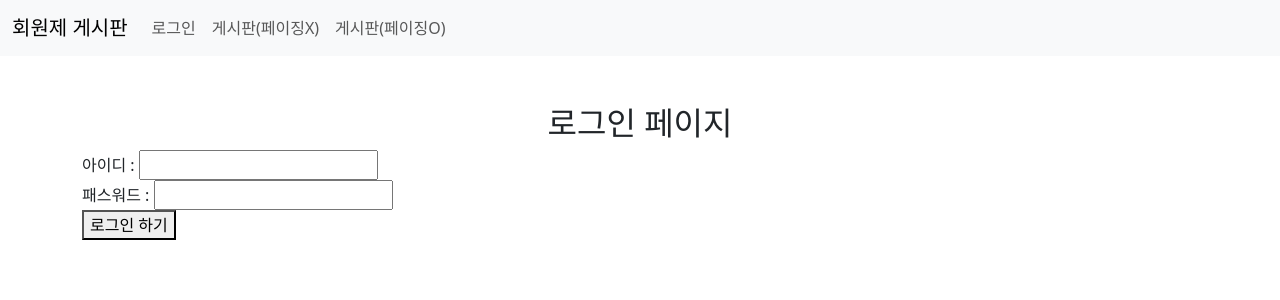
Repository: jungwoonAn/jsp_basic
Page: http://localhost/MustHaveJSP/BS_Board/BSLoginForm.jsp
An editor plug-in stored every save of this project. The page is shown before and after the next save, followed by the edit.
The browser window is 1280 px wide. The pictures show the whole page.
The page is served by Tomcat 10. Other server files are loaded and not shown.

Above is the page before, as saved 2024-10-23 00:40:06.

### MustHaveJSP/src/main/webapp/BS_Board/BSLoginForm.jsp
<%@ page language="java" contentType="text/html; charset=UTF-8"
    pageEncoding="UTF-8"%>
<!DOCTYPE html>
<html>
<head>
<meta charset="UTF-8">
<title>Session</title>
<link rel="stylesheet" href="https://cdn.jsdelivr.net/npm/bootstrap@5.3.3/dist/css/bootstrap.min.css">
<script type="text/javascript">
	function validateForm(form){
		if(!form.user_id.value){
			alert("아이디를 입력하세요.");
			return false;
		}
		if(form.user_pass.value==""){
			alert("패스워드를 입력하세요");
			return false;
		}
	}
</script>
</head>
<body>
	<jsp:include page="../Common/BSLink.jsp" />

	<div class="container">
		<h2 class="mt-5 text-center">로그인 페이지</h2>
		<span style="color: red; font-size: 1.2em;">
			<%= request.getAttribute("LoginErrMsg")  == null ?
					"" : request.getAttribute("LoginErrMsg") %>
		</span>
		<%
		if(session.getAttribute("UserId") == null){  // 로그인 상태 확인
			// 로그아웃 상태
		%>
		<form action="LoginProcess.jsp" method="post" name="loginFrm" onsubmit="return validateForm(this);">
			아이디 : <input type="text" name="user_id"><br>
			패스워드 : <input type="password" name="user_pass"><br>
			<button type="submit">로그인 하기</button>
		</form>
		<%
		} else { // 로그인된 상태
		%>
			<%= session.getAttribute("UserName") %> 회원님, 로그인하셨습니다. <br>
			<a href="Logout.jsp">[로그아웃]</a>
		<%
		}
		%>
	</div>

	<script src="https://cdn.jsdelivr.net/npm/@popperjs/core@2.11.8/dist/umd/popper.min.js"></script>
	<script src="https://cdn.jsdelivr.net/npm/bootstrap@5.3.3/dist/js/bootstrap.min.js"></script>
</body>
</html>

### MustHaveJSP/src/main/webapp/Common/BSLink.jsp
<%@ page language="java" contentType="text/html; charset=UTF-8"
    pageEncoding="UTF-8"%>
<nav class="navbar navbar-expand-lg bg-body-tertiary">
  <div class="container-fluid">
    <a class="navbar-brand" href="List.jsp">회원제 게시판</a>
    <button class="navbar-toggler" type="button" data-bs-toggle="collapse" data-bs-target="#navbarNav" aria-controls="navbarNav" aria-expanded="false" aria-label="Toggle navigation">
      <span class="navbar-toggler-icon"></span>
    </button>
    <div class="collapse navbar-collapse" id="navbarNav">
      <ul class="navbar-nav">
        <!-- 로그인 여부에 따른 메뉴 변화 -->
		<% if(session.getAttribute("UserId")==null) {
		%>
			<li class="nav-item">
	          <a class="nav-link" href="../Common/LoginForm.jsp">로그인</a>
	        </li>
		<%
		}else {
		%>
			<li class="nav-item">
	          <a class="nav-link" href="../Common/Logout.jsp">로그아웃</a>
	        </li>
		<%
		}
		%>
        <li class="nav-item">
          <a class="nav-link" href="../BS_Board/List.jsp">게시판(페이징X)</a>
        </li>
        <li class="nav-item">
          <a class="nav-link" href="../09_PagingBoard/List.jsp">게시판(페이징O)</a>
        </li>
      </ul>
    </div>
  </div>
</nav>

After the next save:
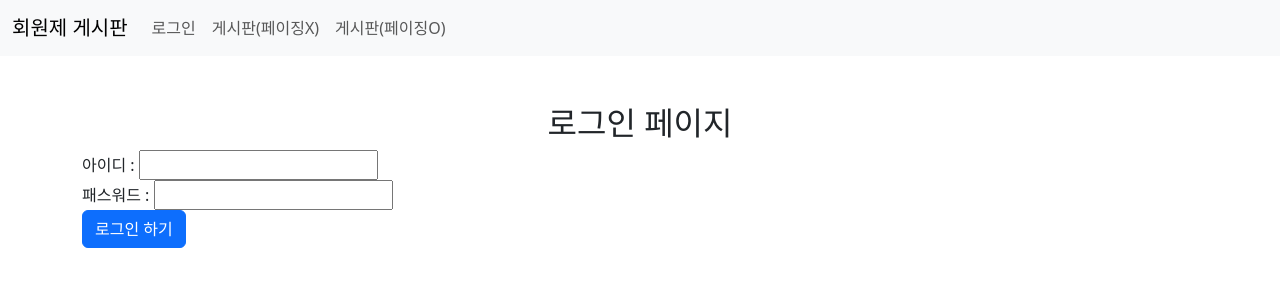
Saved 84 s later.
--- a/MustHaveJSP/src/main/webapp/BS_Board/BSLoginForm.jsp
+++ b/MustHaveJSP/src/main/webapp/BS_Board/BSLoginForm.jsp
@@ -24,6 +24,7 @@
 
 	<div class="container">
 		<h2 class="mt-5 text-center">로그인 페이지</h2>
+
 		<span style="color: red; font-size: 1.2em;">
 			<%= request.getAttribute("LoginErrMsg")  == null ?
 					"" : request.getAttribute("LoginErrMsg") %>
@@ -35,7 +36,7 @@
 		<form action="LoginProcess.jsp" method="post" name="loginFrm" onsubmit="return validateForm(this);">
 			아이디 : <input type="text" name="user_id"><br>
 			패스워드 : <input type="password" name="user_pass"><br>
-			<button type="submit">로그인 하기</button>
+			<button type="submit" class="btn btn-primary">로그인 하기</button>
 		</form>
 		<%
 		} else { // 로그인된 상태
